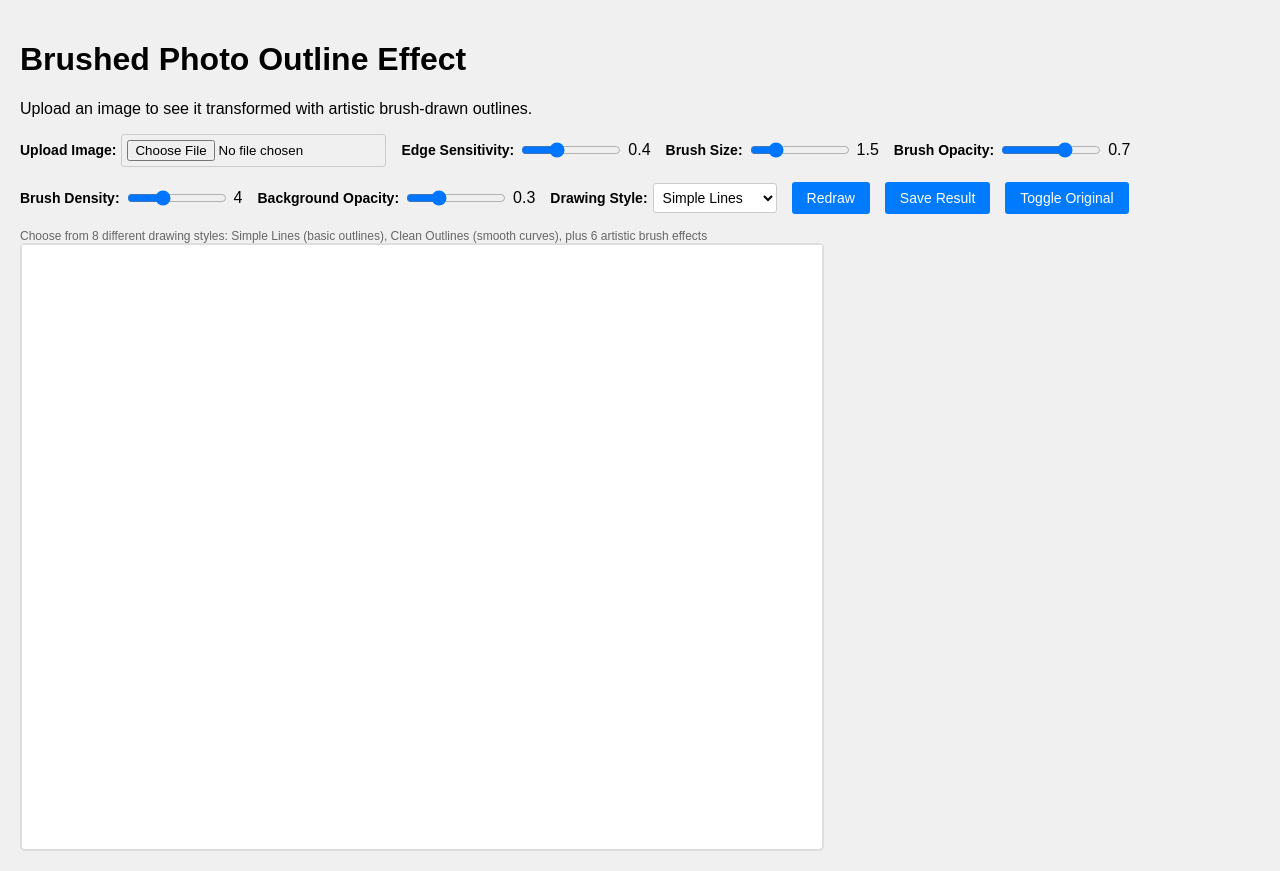
Repository: fakebrianho/ok_color
Page: index.html
These files come from the project's save history. The page is drawn as it stood at one moment and after the next save; the edit follows.
The browser window is 1280 px wide. The pictures show the whole page.

Above is the page before, as saved 2025-08-13 10:28:48.

After the next save:
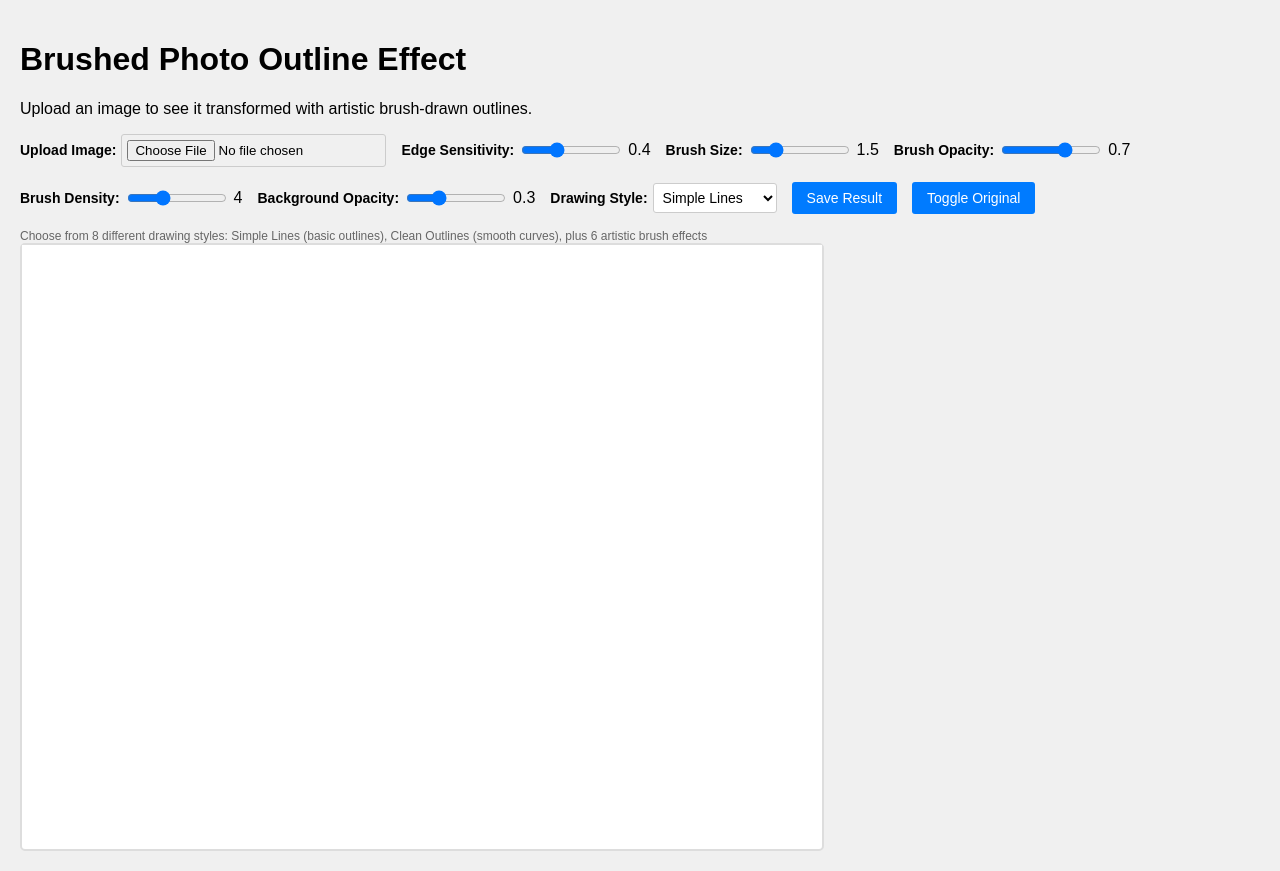
Saved 2 min 26 s later.
--- a/index.html
+++ b/index.html
@@ -127,7 +127,7 @@
         <option value="watercolor">Watercolor</option>
       </select>
     </div>
-    <button onclick="redrawOutlines()">Redraw</button>
+    <!-- <button onclick="redrawOutlines()">Redraw</button> -->
     <button onclick="saveImage()">Save Result</button>
     <button onclick="toggleOriginal()">Toggle Original</button>
   </div>
